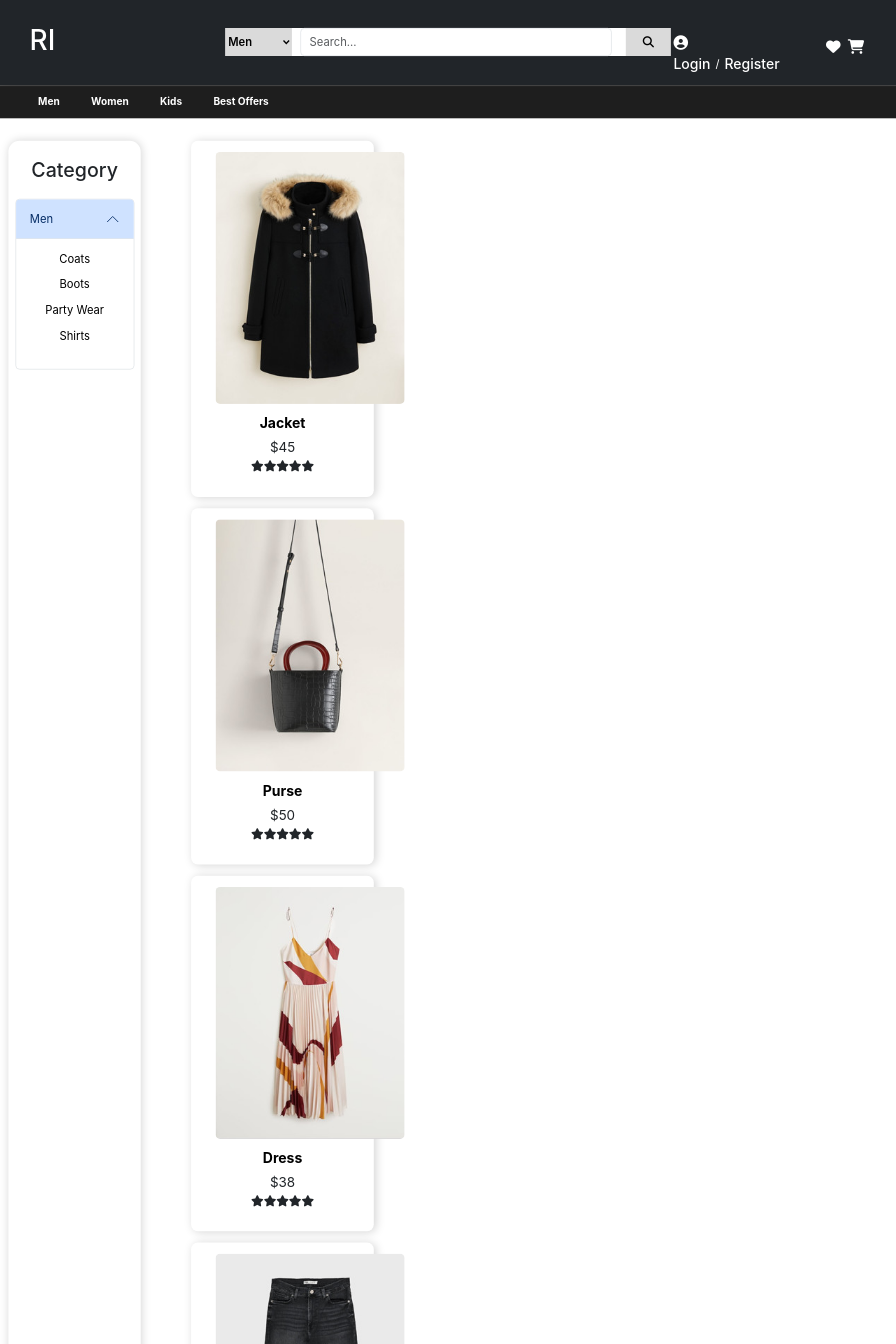
Repository: KodandaraoChellapilli/e-store
Page: /
These files come from the project's save history. The page is drawn as it stood at one moment and after the next save; the edit follows.
The browser window is 1280 px wide. The pictures show the part of the page from y = 0 to 1920 px (the page is 3350 px tall before and 3113 px after), at 70% of full size.
The project was rebuilt for these pictures with package versions that can differ from the ones it lists, and the page was loaded fresh each time. Also part of the build but not shown: src/App.css.

Above is the page before, as saved 2025-06-10 14:24:24.

### public/index.html
<!DOCTYPE html>
<html lang="en">
  <head>
    <meta charset="utf-8" />
    <link rel="icon" href="%PUBLIC_URL%/favicon.ico" />
    <meta name="viewport" content="width=device-width, initial-scale=1" />
    <meta name="theme-color" content="#000000" />
    <meta
      name="description"
      content="Web site created using create-react-app"
    />
    <link rel="apple-touch-icon" href="%PUBLIC_URL%/logo192.png" />
    <!--
      manifest.json provides metadata used when your web app is installed on a
      user's mobile device or desktop. See https://developers.google.com/web/fundamentals/web-app-manifest/
    -->
    <link rel="manifest" href="%PUBLIC_URL%/manifest.json" />

    <link rel="stylesheet"   href="https://cdnjs.cloudflare.com/ajax/libs/font-awesome/6.7.2/css/all.min.css"/>


    <link href="https://cdn.jsdelivr.net/npm/bootstrap@5.3.6/dist/css/bootstrap.min.css" rel="stylesheet" integrity="sha384-4Q6Gf2aSP4eDXB8Miphtr37CMZZQ5oXLH2yaXMJ2w8e2ZtHTl7GptT4jmndRuHDT" crossorigin="anonymous">
    <!--
      Notice the use of %PUBLIC_URL% in the tags above.
      It will be replaced with the URL of the `public` folder during the build.
      Only files inside the `public` folder can be referenced from the HTML.

      Unlike "/favicon.ico" or "favicon.ico", "%PUBLIC_URL%/favicon.ico" will
      work correctly both with client-side routing and a non-root public URL.
      Learn how to configure a non-root public URL by running `npm run build`.
    -->
    <title>React App</title>
  </head>
  <body>
    <noscript>You need to enable JavaScript to run this app.</noscript>
    <div id="root"></div>
    <!--
      This HTML file is a template.
      If you open it directly in the browser, you will see an empty page.

      You can add webfonts, meta tags, or analytics to this file.
      The build step will place the bundled scripts into the <body> tag.

      To begin the development, run `npm start` or `yarn start`.
      To create a production bundle, use `npm run build` or `yarn build`.
    -->
    <script src="https://cdn.jsdelivr.net/npm/bootstrap@5.3.6/dist/js/bootstrap.bundle.min.js" integrity="sha384-j1CDi7MgGQ12Z7Qab0qlWQ/Qqz24Gc6BM0thvEMVjHnfYGF0rmFCozFSxQBxwHKO" crossorigin="anonymous"></script>

  </body>
</html>

### src/App.js
import logo from './logo.svg';
import './App.css';
import TopNav from './Components/TopNav';
import  CatNav from './Components/CatNav';
import MainComponent from './Components/MainComponent';



function App() {
  return (
    <div className="App">

      <TopNav />
      <CatNav />
      <MainComponent />

    </div>
  );
}

export default App;

### src/Components/TopNav/index.js
import './_top-nav.scss';

const TopNav = () => {
    return (
        <div className='header bg-dark'>
            <div className='row top-nav-row'>

                <div className='brand my-1'>
                    <h1>RI</h1>
                </div>

                <div className='inp-container p-0 my-4 w-50 h-25 bg-white'>
                    <div className='dropdown m-0 p-0'>
                        <select className='select-btn w-100 p-0 m-0'>
                            <option>Men</option>
                            <option>Women</option>
                            <option>Kids</option>
                        </select>
                    </div>

                    <input className='form-control' placeholder='Search...' />
                    <button type="button"><i className='fa fa-search'></i></button>
                </div>

                <div className='login-container p-0'>
                    <i className='fa fa-user-circle user-icon'></i>
                    <div className='auth-links'>
                        <h5><a href='/login'>Login</a></h5>
                        <span> / </span>
                        <h5><a href='/register'>Register</a></h5>
                    </div>
                </div>

                <div className='cart-wishlist'>
                    <ul className='p-0'>
                        <li className='list-icon'><i className='fa fa-heart'></i></li>
                        <li className='list-icon'><i className='fa fa-shopping-cart'></i></li>
                    </ul>
                </div>

            </div>
        </div>
    );
};

export default TopNav;

### src/Components/CatNav/index.js
import './_cat-nav.scss';


const CatNav =()=> {
    return (
        <>

        <div className='cat-nav-container continer'>
            <ul>
                <li className ='list-items'> <a href='#'> Men  </a></li>
                <li className ='list-items' > <a href='#'> Women </a></li>
                <li  className ='list-items'> <a href='#'> Kids </a></li>
                <li  className ='list-items'> <a href='#'> Best Offers </a></li>

            </ul>
        </div>


        </>
    )
}

export default CatNav;

### src/Components/MainComponent/index.js
import './_main-component.scss';
import SideNav from '../SideNav';
import Products from '../Products';

const MainComponent =()=> {

    return (
        <div>
            <div className='container-fluid'>
                <div className='row'>

                     <div className='col-lg-2 col-md-3 col-sm-4'>
                    <SideNav/>
                </div>

                <div className='col-lg-10 col-md-9 col-sm-8'>

                    <Products/>

                </div>



                </div>

            </div>
        </div>
    )
}

export default MainComponent;

### src/Components/TopNav/_top-nav.scss
@import '../../style/sass/variables';

.header {
  max-width: 100%;
  box-shadow: 5px 5px 20px gray;
  padding: 1em;
}

.top-nav-row div {
  display: flex;
  align-items: center;
  flex-wrap: wrap;
  justify-content: space-between;
}

.brand {
  color: white;
  margin-left: 2%;
  padding: 0.8em;
  width: 23%;
}

.inp-container {
  display: flex;
  align-items: center;
  width: 50%;
  padding: 0.5em;
  background-color: white;
}

.inp-container .dropdown {
  width: 15%;
  margin-right: 0.5em;
}

.drropdown{
    width: 15%;
}

.select-btn {
  height: $element-height;
  border: none;
  background-color: #dadada;
  font-weight: 600;
  width: 100%;
}

.inp-container input {
  width: 70%;
  height: $element-height;
  margin-right: 0.5em;
}

.inp-container button {
  width: 10%;
  height: $element-height;
  border: none;
  background-color: #dadada;
}

.login-container {
  width: 15%;
  color: white;
  text-align: right;
  margin: 1.7em 0.2em 0 0;
}

.user-icon {
  margin-right: 0.4em;
  padding: 0.2em;
  font-size: $icon-font;
}

.auth-links {
  display: inline-block;
}

.login-container h5,
.login-container span {
  display: inline-block;
  margin: 0 0.2em;
}

.login-container a {
  text-decoration: none;
  color: white;
}

.cart-wishlist {
  width: 7%;
  margin-top: 1.7em;
  margin-left: 1em;
}

.cart-wishlist .list-icon {
  color: white;
  font-size: $icon-font;
  list-style-type: none;
  display: inline-block;
  margin-right: 0.5em;
}

### src/Components/CatNav/_cat-nav.scss
@import '../../style/sass/variables';
@import '../../style/sass/mixins';


.cat-nav-container {
  background-color: #1e1e1e; // Dark background for nav
  max-width: 100%; // Makes the nav bar take full width
  border-top: 1px solid #444444; // Adds a subtle top border

  .list-items {
    list-style-type: none; // Removes bullets from the list
    display: inline-block; // Aligns list items horizontally
    margin: 0.2em 1em; // Space around each list item
    padding: 0.4em; // Inner spacing
    height: 2.5em; // Sets height of each item
  }

  a {
    text-decoration: none; // Removes underline from links
    color: white; // Makes link text white
    height: 1.8em; // Sets height of the anchor tag
    font-size: 0.9em; // Slightly smaller font
    font-weight: 700; // Makes text bold

    @include underline-transition(1.1); // Applies underline transition effect


  }
}

### src/Components/SideNav/index.js
import './_side-nav.scss';

const SideNav = () => {
  return (
    <div className='side-nav'>
      <div className='section-title'>
        <h3>Category</h3>
      </div>

      <div className='accordion'>
        <div className='accordion-item individual-category'>
          <div className='accordion-header'>
            <button
              className='accordion-button'
              data-bs-target="#accordion-heading-one"
              data-bs-toggle="collapse"
            >
              Men
            </button>
          </div>

          <div
            className='accordion-collapse collapse show'
            id='accordion-heading-one'
            data-bs-parent=".accordion"
          >
            <div className='accordion-body'>
              <ul>
                <li className='sub-items'><a href='#'>Coats</a></li>
                <li className='sub-items'><a href='#'>Boots</a></li>
                <li className='sub-items'><a href='#'>Party Wear</a></li>
                <li className='sub-items'><a href='#'>Shirts</a></li>
              </ul>
            </div>
          </div>
        </div>
      </div>
    </div>
  );
};

export default SideNav;

### src/Components/Products/index.js
import './_products.scss';

const Products = () => {

    const productData = [
        {
            pName: "Jacket",
            price: 45,
            img: "shop-1.jpg"
        },
        {
            pName: "Purse",
            price: 50,
            img: "shop-2.jpg"
        },
        {
            pName: "Dress",
            price: 38,
            img: "shop-3.jpg"
        },
        {
            pName: "Denim",
            price: 42,
            img: "shop-4.jpg"
        },
        {
            pName: "Boots",
            price: 65,
            img: "shop-5.jpg"
        },
        {
            pName: "Bag",
            price: 35,
            img: "shop-6.jpg"
        }
    ];

    return (
        <div>
            {
                productData.map((product, key) => {
                    return (
                        <div key={key} className='mx-5 p-3 col-lg-3 col-md-6 product-card'>
                            <div className='product-image-container'>
                                <img src={require('../../assets/images/shop/' + product.img)} />
                            </div>

                            <div className='product-info'>
                                <h5><a href='#'>{product.pName}</a></h5>
                                <p className='product-price'>${product.price}</p>

                                <div className='product-rating'>
                                    <i className='fa fa-star'></i>
                                    <i className='fa fa-star'></i>
                                    <i className='fa fa-star'></i>
                                    <i className='fa fa-star'></i>
                                    <i className='fa fa-star'></i>
                                </div>
                            </div>
                        </div>
                    )
                })
            }
        </div>
    )
}

export default Products;

### src/style/sass/_variables.scss
$accent-color: red;
$icon-font: 1.3em;
$element-height: 2.5em;

### src/style/sass/_mixins.scss
@mixin transition($property, $duration) {
  transition-property: $property;
  transition-duration: $duration;
}


@mixin underline-transition($width){
     &::after {
      content: ''; // Creates a fake element after <a>
      display: block; // Makes it act like a visible block
      bottom: 0; // Align it to bottom (needs position to work correctly)
      left: 0; // Align it to left side
      height: 0.2em; // Thin line height
      background-color:$accent-color; // Line color
      transform: scaleX(0); // Starts invisible
      @include transition(transform, 0.2s )
    }

    &:hover::after {
      transform: scaleX($width); // When hovering, stretch the line slightly
    }
}

@mixin style-reset-a-li{
  a{
    text-decoration: none;
    color: black;
    &:hover{
      color: black;
    }
  }
  li{
    list-style-type: none;
  }
}

### src/Components/SideNav/_side-nav.scss
@import "../../style/sass/mixins";
@import "../../style/sass/variables";

.side-nav{
    margin-top: 1em;
    padding: 0.6em;
    box-shadow: 1px 0px 14px 0px lightgray;
    height: 97%;
    border-radius: 1em;


    .section-title{
        padding: 1em;

        h3{
            text-align: center;
        }
    }

    .individual-category{
        ul{
            padding: 0;
        }
        .sub-items{
            text-align: center;
            margin-bottom: 0.6em;

            list-style-type: none; // Removes bullets from the list
            a{
                text-decoration: none; // Removes underline from linls
                color: black; // Makes link text black
                @include underline-transition(0.3); // Applies underline transition effect
            }
        }
    }
}

### src/Components/Products/_products.scss
@import '../../style/sass/mixins';

@include style-reset-a-li;

.product-card{
    margin-top: 1em;
    margin-bottom: 1em;
    box-shadow: 3px 1px 14px 0px lightgray;
    border-radius: 0.6em;

    .product-image-container{
        img{
            margin-left: 8%;
            border-radius: 0.4em
        }
    }


    .product-info{
        padding: 1em;
        text-align: center;
    }

    h5{
        font-weight: 700;
    }

    .product-price{
        margin: 0;
        font-weight: 400;
        font-size: 1.2em;
    }
}

Loaded but not shown: src/index.js (common file); src/index.css (common file); src/reportWebVitals.js (common file); src/Components/MainComponent/_main-component.scss (no stored copy; drawn as an empty file)

After the next save:
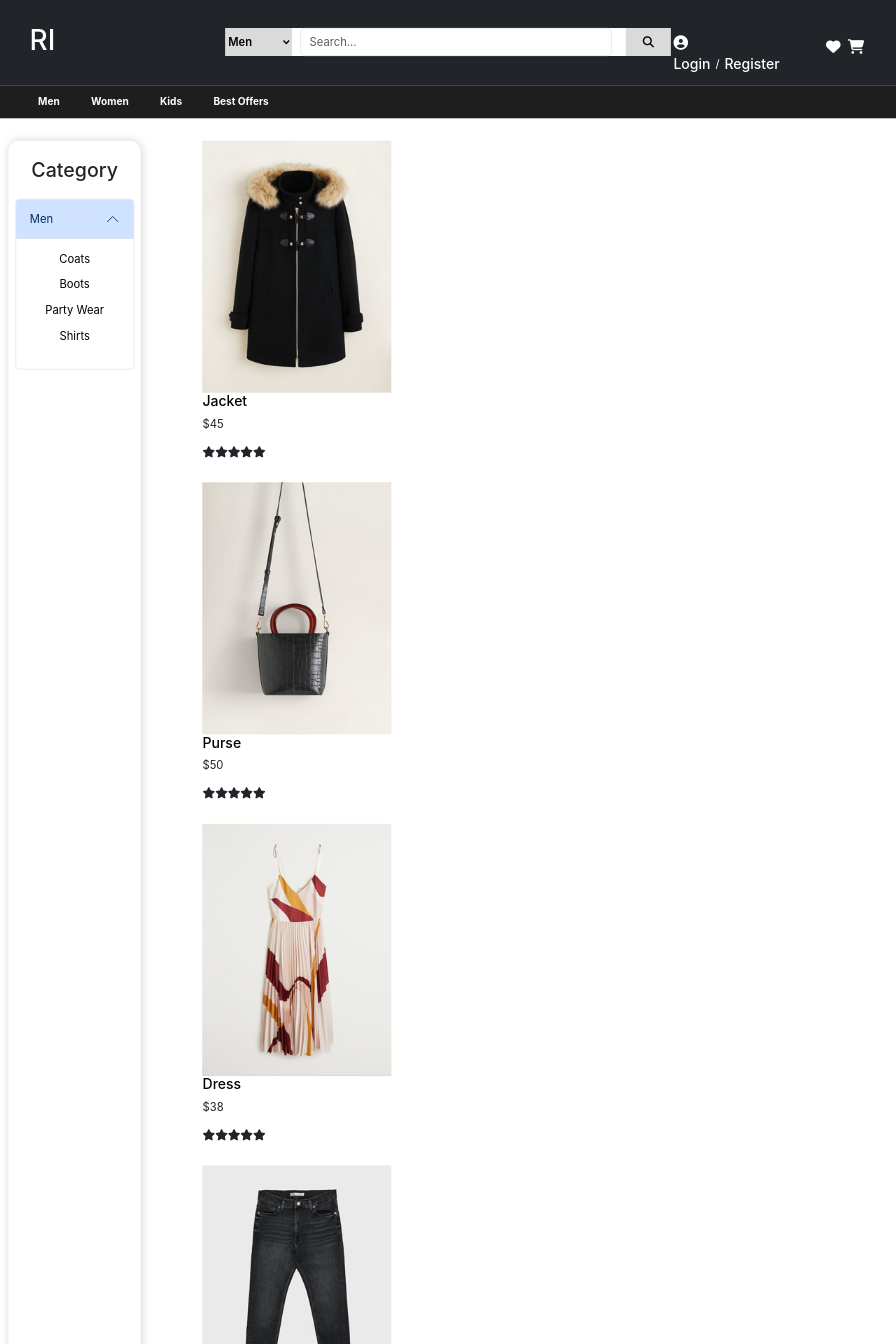
Saved 13 min 1 s later.
--- a/src/Components/Products/_products.scss
+++ b/src/Components/Products/_products.scss
@@ -2,32 +2,43 @@
 
 @include style-reset-a-li;
 
-.product-card{
-    margin-top: 1em;
-    margin-bottom: 1em;
-    box-shadow: 3px 1px 14px 0px lightgray;
-    border-radius: 0.6em;
+.products-container{
+    display: flex;
+    flex-wrap: wrap;
+    justify-content: space-evenly;
 
-    .product-image-container{
-        img{
-            margin-left: 8%;
-            border-radius: 0.4em
+    .product-card{
+        margin-top: 1em;
+        margin-bottom: 1em;
+        box-shadow: 3px 1px 14px 0px lightgray;
+        border-radius: 0.6em;
+
+        .product-image-container{
+            display: flex;
+            justify-content: center;
+
+            img{
+                border-radius: 0.4em;
+            }
+        }
+        .product-info{
+            padding: 1em;
+            text-align: center;
+
+            h5{
+                font-weight: 700;
+            }
+            .product-price{
+                margin: 0;
+                font-weight: 400;
+                font-size: 1.2em;
+            }
+        }
+        .product-rating{
+            i{
+                color: gold;
+                font-size: small;
+            }
         }
     }
-
-
-    .product-info{
-        padding: 1em;
-        text-align: center;
-    }
-
-    h5{
-        font-weight: 700;
-    }
-
-    .product-price{
-        margin: 0;
-        font-weight: 400;
-        font-size: 1.2em;
-    }
 }
